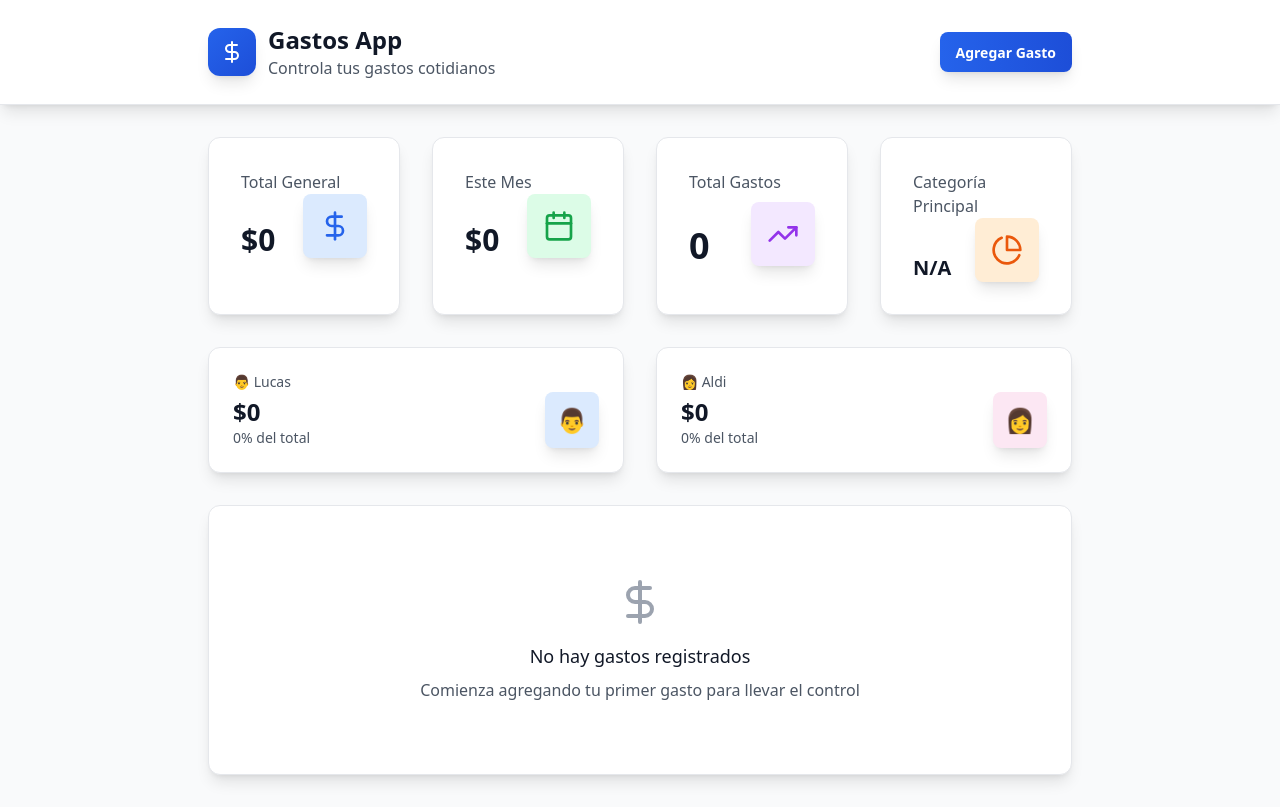
Repository: lucastenaglia/Gastosapp
Page: /
The author's editor kept a copy of each file at every save. The page is drawn from the files as they stood at one save, then again after the next save.
The browser window is 1280 px wide. The pictures show the whole page.
The page's requests for data from a server got no answer. The project was rebuilt for these pictures with package versions that can differ from the ones it lists, and the page was loaded fresh each time. No one was signed in, and anything a server would have sent is missing. Also part of the build but not shown: vite.config.js, src/components/ExpenseForm.jsx.

Above is the page before, as saved 2025-08-03 21:44:34.

### index.html
<!DOCTYPE html>
<html lang="es">
  <head>
    <meta charset="UTF-8" />
    <link rel="icon" type="image/svg+xml" href="data:[embedded picture, 125 characters]" />
    <meta name="viewport" content="width=device-width, initial-scale=1.0" />
    <title>Gastos App - Control de Gastos Cotidianos</title>
  </head>
  <body>
    <div id="root"></div>
    <script type="module" src="/src/main.jsx"></script>
  </body>
</html>

### src/App.jsx
import { useState, useEffect } from 'react'
import Header from './components/Header'
import ExpenseForm from './components/ExpenseForm'
import ExpenseList from './components/ExpenseList'
import ExpenseSummary from './components/ExpenseSummary'
import { getExpenses, addExpense, updateExpense, deleteExpense } from './services/expenseService'

function App() {
  const [expenses, setExpenses] = useState([])
  const [isFormOpen, setIsFormOpen] = useState(false)
  const [loading, setLoading] = useState(true)
  const [error, setError] = useState(null)

  // Cargar gastos al iniciar la aplicación
  useEffect(() => {
    loadExpenses()
  }, [])

  // Cerrar modal con Escape
  useEffect(() => {
    const handleEscape = (e) => {
      if (e.key === 'Escape' && isFormOpen) {
        setIsFormOpen(false)
      }
    }

    document.addEventListener('keydown', handleEscape)
    return () => document.removeEventListener('keydown', handleEscape)
  }, [isFormOpen])

  const loadExpenses = async () => {
    try {
      setLoading(true)
      const data = await getExpenses()
      setExpenses(data)
      setError(null)
    } catch (err) {
      setError('Error al cargar los gastos')
      console.error(err)
    } finally {
      setLoading(false)
    }
  }

  const handleAddExpense = async (expense) => {
    try {
      const newExpense = await addExpense(expense)
      setExpenses([newExpense, ...expenses])
      setIsFormOpen(false)
    } catch (err) {
      setError('Error al agregar el gasto')
      console.error(err)
    }
  }

  const handleDeleteExpense = async (id) => {
    try {
      await deleteExpense(id)
      setExpenses(expenses.filter(expense => expense.id !== id))
    } catch (err) {
      setError('Error al eliminar el gasto')
      console.error(err)
    }
  }

  const handleEditExpense = async (id, updatedExpense) => {
    try {
      const updated = await updateExpense(id, updatedExpense)
      setExpenses(expenses.map(expense =>
        expense.id === id ? updated : expense
      ))
    } catch (err) {
      setError('Error al actualizar el gasto')
      console.error(err)
    }
  }

  return (
    <div className="min-h-screen bg-gray-50">
      <Header onAddExpense={() => setIsFormOpen(true)} />

      <main className="container mx-auto px-4 py-8 max-w-4xl">
        {error && (
          <div className="bg-red-100 border border-red-400 text-red-700 px-4 py-3 rounded mb-6">
            {error}
          </div>
        )}

        <ExpenseSummary expenses={expenses} />

        <div className="mt-8">
          <ExpenseList
            expenses={expenses}
            onDelete={handleDeleteExpense}
            onEdit={handleEditExpense}
            loading={loading}
          />
        </div>
      </main>

      {/* Modal Overlay */}
      {isFormOpen && (
        <div
          className="fixed inset-0 bg-black bg-opacity-50 flex items-center justify-center z-50 p-4 animate-in fade-in duration-200"
          onClick={() => setIsFormOpen(false)}
        >
          <div
            className="bg-white rounded-xl shadow-2xl max-w-md w-full mx-4 max-h-[90vh] overflow-y-auto animate-in zoom-in-95 duration-200"
            onClick={(e) => e.stopPropagation()}
          >
            <ExpenseForm
              onSubmit={handleAddExpense}
              onCancel={() => setIsFormOpen(false)}
            />
          </div>
        </div>
      )}
    </div>
  )
}

export default App

### src/index.css
@tailwind base;
@tailwind components;
@tailwind utilities;

@layer base {
  body {
    @apply bg-gray-50 text-gray-900;
  }
}

@layer components {
                .btn-primary {
                @apply bg-primary-600 hover:bg-primary-700 text-white font-medium py-2 px-4 rounded-lg transition-all duration-300 shadow-md hover:shadow-lg hover:-translate-y-0.5 transform;
              }

              .btn-secondary {
                @apply bg-gray-200 hover:bg-gray-300 text-gray-800 font-medium py-2 px-4 rounded-lg transition-all duration-300 shadow-md hover:shadow-lg hover:-translate-y-0.5 transform;
              }

                .input-field {
                @apply w-full px-3 py-2 border border-gray-300 rounded-lg focus:outline-none focus:ring-2 focus:ring-primary-500 focus:border-transparent shadow-sm focus:shadow-md transition-all duration-300;
              }

                            .card {
                @apply bg-white rounded-xl shadow-lg border border-gray-200 p-6 transform transition-all duration-300 hover:shadow-2xl hover:-translate-y-1;
              }

              .modal-enter {
                @apply opacity-0 scale-95;
              }

              .modal-enter-active {
                @apply opacity-100 scale-100 transition-all duration-200 ease-out;
              }

              .modal-exit {
                @apply opacity-100 scale-100;
              }

              .modal-exit-active {
                @apply opacity-0 scale-95 transition-all duration-200 ease-in;
              }
}

### src/components/Header.jsx
import { Plus, DollarSign } from 'lucide-react'

const Header = ({ onAddExpense }) => {
  return (
    <header className="bg-white shadow-lg border-b border-gray-200">
      <div className="container mx-auto px-4 py-6 max-w-4xl">
        <div className="flex items-center justify-between">
          <div className="flex items-center space-x-3">
            <div className="bg-gradient-to-br from-primary-600 to-primary-700 p-3 rounded-xl shadow-lg">
              <DollarSign className="h-6 w-6 text-white" />
            </div>
            <div>
              <h1 className="text-2xl font-bold text-gray-900">Gastos App</h1>
              <p className="text-gray-600">Controla tus gastos cotidianos</p>
            </div>
          </div>

          <button
            onClick={onAddExpense}
            className="bg-gradient-to-r from-primary-600 to-primary-700 active:from-primary-800 active:to-primary-900 text-white font-semibold py-2 px-4 rounded-lg shadow-lg hover:shadow-xl active:shadow-md active:translate-y-0.5 transition-all duration-200 border-0 focus:outline-none focus:ring-2 focus:ring-primary-300"
          >
            <span className="text-sm">Agregar Gasto</span>
          </button>
        </div>
      </div>
    </header>
  )
}

export default Header

### src/components/ExpenseList.jsx
import { useState } from 'react'
import { Trash2, Edit, Calendar, DollarSign } from 'lucide-react'

const ExpenseList = ({ expenses, onDelete, onEdit, loading }) => {
  const [editingId, setEditingId] = useState(null)
  const [editForm, setEditForm] = useState({})

  const categoryIcons = {
    comida: '🍽️',
    super: '🛒',
    auto: '🚗',
    entretenimiento: '🎮',
    salud: '💊',
    ropa: '👕',
    hogar: '🏠',
    otros: '📦'
  }

  const categoryColors = {
    comida: 'bg-orange-100 text-orange-800',
    super: 'bg-red-100 text-red-800',
    auto: 'bg-blue-100 text-blue-800',
    entretenimiento: 'bg-purple-100 text-purple-800',
    salud: 'bg-green-100 text-green-800',
    ropa: 'bg-pink-100 text-pink-800',
    hogar: 'bg-yellow-100 text-yellow-800',
    otros: 'bg-gray-100 text-gray-800'
  }

  const handleEdit = (expense) => {
    setEditingId(expense.id)
    setEditForm({
      description: expense.description,
      amount: expense.amount.toString(),
      category: expense.category,
      person: expense.person || 'lucas',
      date: expense.date
    })
  }

  const handleSaveEdit = (id) => {
    onEdit(id, {
      ...editForm,
      amount: parseFloat(editForm.amount)
    })
    setEditingId(null)
    setEditForm({})
  }

  const handleCancelEdit = () => {
    setEditingId(null)
    setEditForm({})
  }

  const formatDate = (dateString) => {
    const date = new Date(dateString)
    return date.toLocaleDateString('es-ES', {
      year: 'numeric',
      month: 'short',
      day: 'numeric'
    })
  }

  if (loading) {
    return (
      <div className="card">
        <div className="text-center py-12">
          <div className="animate-spin rounded-full h-12 w-12 border-b-2 border-primary-600 mx-auto mb-4"></div>
          <h3 className="text-lg font-medium text-gray-900 mb-2">
            Cargando gastos...
          </h3>
          <p className="text-gray-600">
            Conectando con la base de datos
          </p>
        </div>
      </div>
    )
  }

  if (expenses.length === 0) {
    return (
      <div className="card">
        <div className="text-center py-12">
          <DollarSign className="h-12 w-12 text-gray-400 mx-auto mb-4" />
          <h3 className="text-lg font-medium text-gray-900 mb-2">
            No hay gastos registrados
          </h3>
          <p className="text-gray-600">
            Comienza agregando tu primer gasto para llevar el control
          </p>
        </div>
      </div>
    )
  }

  return (
    <div className="card">
      <h2 className="text-xl font-semibold text-gray-900 mb-6">
        Historial de Gastos
      </h2>

      <div className="space-y-3">
        {expenses.map(expense => (
          <div key={expense.id} className="border border-gray-200 rounded-lg p-3 sm:p-4 bg-white shadow-md hover:shadow-xl hover:-translate-y-1 transform transition-all duration-300">
            {editingId === expense.id ? (
              <div className="space-y-3">
                <input
                  type="text"
                  value={editForm.description}
                  onChange={(e) => setEditForm({...editForm, description: e.target.value})}
                  className="input-field"
                />
                <div className="grid grid-cols-1 sm:grid-cols-2 gap-3">
                  <input
                    type="number"
                    value={editForm.amount}
                    onChange={(e) => setEditForm({...editForm, amount: e.target.value})}
                    className="input-field"
                    step="1"
                    min="0"
                  />
                  <select
                    value={editForm.category}
                    onChange={(e) => setEditForm({...editForm, category: e.target.value})}
                    className="input-field"
                  >
                    <option value="comida">🍽️ Comida</option>
                    <option value="super">🛒 Super</option>
                    <option value="auto">🚗 Auto</option>
                    <option value="entretenimiento">🎮 Entretenimiento</option>
                    <option value="salud">💊 Salud</option>
                    <option value="ropa">👕 Ropa</option>
                    <option value="hogar">🏠 Hogar</option>
                    <option value="otros">📦 Otros</option>
                  </select>
                </div>
                <div className="grid grid-cols-1 sm:grid-cols-2 gap-3">
                  <select
                    value={editForm.person}
                    onChange={(e) => setEditForm({...editForm, person: e.target.value})}
                    className="input-field"
                  >
                    <option value="lucas">👨 Lucas</option>
                    <option value="aldi">👩 Aldi</option>
                  </select>
                  <input
                    type="date"
                    value={editForm.date}
                    onChange={(e) => setEditForm({...editForm, date: e.target.value})}
                    className="input-field"
                  />
                </div>
                <div className="flex space-x-2">
                  <button
                    onClick={() => handleSaveEdit(expense.id)}
                    className="btn-primary text-sm flex-1"
                  >
                    Guardar
                  </button>
                  <button
                    onClick={handleCancelEdit}
                    className="btn-secondary text-sm flex-1"
                  >
                    Cancelar
                  </button>
                </div>
              </div>
            ) : (
              <div className="space-y-3">
                {/* Header con icono, descripción y monto */}
                <div className="flex items-start justify-between">
                  <div className="flex items-center space-x-3 flex-1 min-w-0">
                    <div className={`p-2 rounded-lg flex-shrink-0 ${categoryColors[expense.category]}`}>
                      <span className="text-lg">{categoryIcons[expense.category]}</span>
                    </div>

                    <div className="flex-1 min-w-0">
                      <h3 className="font-medium text-gray-900 truncate">
                        {expense.description}
                      </h3>
                      <div className="flex items-center space-x-2 text-sm text-gray-600 mt-1">
                        <span className="flex items-center space-x-1">
                          <Calendar className="h-3 w-3" />
                          <span className="hidden sm:inline">{formatDate(expense.date)}</span>
                          <span className="sm:hidden">{new Date(expense.date).toLocaleDateString('es-ES', { day: '2-digit', month: '2-digit' })}</span>
                        </span>
                        <span className="hidden sm:inline">•</span>
                        <span className="capitalize text-xs sm:text-sm">{expense.category}</span>
                      </div>
                    </div>
                  </div>

                  <div className="flex items-center space-x-2 flex-shrink-0">
                    <span className="text-lg font-semibold text-gray-900">
                      ${expense.amount}
                    </span>

                    <div className="flex space-x-1">
                      <button
                        onClick={() => handleEdit(expense)}
                        className="p-1 text-gray-400 hover:text-blue-600 transition-colors"
                        title="Editar"
                      >
                        <Edit className="h-4 w-4" />
                      </button>
                      <button
                        onClick={() => onDelete(expense.id)}
                        className="p-1 text-gray-400 hover:text-red-600 transition-colors"
                        title="Eliminar"
                      >
                        <Trash2 className="h-4 w-4" />
                      </button>
                    </div>
                  </div>
                </div>

                {/* Información adicional en móvil */}
                <div className="sm:hidden flex items-center justify-between text-sm text-gray-600 border-t pt-2">
                  <span className="flex items-center space-x-1">
                    <span>{expense.person === 'lucas' ? '👨' : '👩'}</span>
                    <span className="capitalize">{expense.person || 'lucas'}</span>
                  </span>
                  <span className="text-xs">
                    {new Date(expense.date).toLocaleDateString('es-ES', { year: 'numeric' })}
                  </span>
                </div>
              </div>
            )}
          </div>
        ))}
      </div>
    </div>
  )
}

export default ExpenseList

### src/components/ExpenseSummary.jsx
import { TrendingUp, Calendar, DollarSign, PieChart } from 'lucide-react'

const ExpenseSummary = ({ expenses }) => {
  const totalExpenses = expenses.reduce((sum, expense) => sum + expense.amount, 0)

  const today = new Date()
  const thisMonth = today.getMonth()
  const thisYear = today.getFullYear()

  const monthlyExpenses = expenses.filter(expense => {
    const expenseDate = new Date(expense.date)
    return expenseDate.getMonth() === thisMonth && expenseDate.getFullYear() === thisYear
  })

  const monthlyTotal = monthlyExpenses.reduce((sum, expense) => sum + expense.amount, 0)

  const categoryTotals = expenses.reduce((acc, expense) => {
    acc[expense.category] = (acc[expense.category] || 0) + expense.amount
    return acc
  }, {})

  const topCategory = Object.entries(categoryTotals).sort(([,a], [,b]) => b - a)[0]

  // Estadísticas por persona
  const personTotals = expenses.reduce((acc, expense) => {
    const person = expense.person || 'lucas'
    acc[person] = (acc[person] || 0) + expense.amount
    return acc
  }, {})

  const lucasTotal = personTotals.lucas || 0
  const aldiTotal = personTotals.aldi || 0

  const formatCurrency = (amount) => {
    return `$${Math.round(amount).toLocaleString('en-US')}`
  }

  return (
    <div className="space-y-4 sm:space-y-8">
      {/* Primera fila - Estadísticas generales */}
      <div className="grid grid-cols-2 lg:grid-cols-4 gap-3 sm:gap-6 lg:gap-8">
                 {/* Total General */}
         <div className="card relative p-4 sm:p-6 lg:p-8">
           <div>
             <p className="text-xs sm:text-sm lg:text-base font-medium text-gray-600">Total General</p>
             <div className="flex items-end justify-between">
               <p className="text-lg sm:text-2xl lg:text-3xl font-bold text-gray-900">
                 {formatCurrency(totalExpenses)}
               </p>
               <div className="bg-blue-100 p-2 sm:p-3 lg:p-4 rounded-lg shadow-lg">
                 <DollarSign className="h-4 w-4 sm:h-6 sm:w-6 lg:h-8 lg:w-8 text-blue-600" />
               </div>
             </div>
           </div>
         </div>

                 {/* Gastos del Mes */}
         <div className="card relative p-4 sm:p-6 lg:p-8">
           <div>
             <p className="text-xs sm:text-sm lg:text-base font-medium text-gray-600">Este Mes</p>
             <div className="flex items-end justify-between">
               <p className="text-lg sm:text-2xl lg:text-3xl font-bold text-gray-900">
                 {formatCurrency(monthlyTotal)}
               </p>
               <div className="bg-green-100 p-2 sm:p-3 lg:p-4 rounded-lg shadow-lg">
                 <Calendar className="h-4 w-4 sm:h-6 sm:w-6 lg:h-8 lg:w-8 text-green-600" />
               </div>
             </div>
           </div>
         </div>

                 {/* Total de Gastos */}
         <div className="card relative p-4 sm:p-6 lg:p-8">
           <div>
             <p className="text-xs sm:text-sm lg:text-base font-medium text-gray-600">Total Gastos</p>
             <div className="flex items-end justify-between mt-2">
               <p className="text-2xl sm:text-3xl lg:text-4xl font-bold text-gray-900">
                 {expenses.length}
               </p>
               <div className="bg-purple-100 p-2 sm:p-3 lg:p-4 rounded-lg shadow-lg self-end">
                 <TrendingUp className="h-4 w-4 sm:h-6 sm:w-6 lg:h-8 lg:w-8 text-purple-600" />
               </div>
             </div>
           </div>
         </div>

                 {/* Categoría Principal */}
         <div className="card relative p-4 sm:p-6 lg:p-8">
           <div>
             <p className="text-xs sm:text-sm lg:text-base font-medium text-gray-600">Categoría Principal</p>
             <div className="flex items-end justify-between">
               <div>
                 <p className="text-base sm:text-lg lg:text-xl font-semibold text-gray-900 capitalize">
                   {topCategory ? topCategory[0] : 'N/A'}
                 </p>
                 {topCategory && (
                   <p className="text-xs sm:text-sm lg:text-base text-gray-600">
                     {formatCurrency(topCategory[1])}
                   </p>
                 )}
               </div>
               <div className="bg-orange-100 p-2 sm:p-3 lg:p-4 rounded-lg shadow-lg">
                 <PieChart className="h-4 w-4 sm:h-6 sm:w-6 lg:h-8 lg:w-8 text-orange-600" />
               </div>
             </div>
           </div>
         </div>
      </div>

             {/* Segunda fila - Estadísticas por persona */}
       <div className="grid grid-cols-1 sm:grid-cols-2 gap-3 sm:gap-6 lg:gap-8">
                 {/* Gastos de Lucas */}
         <div className="card relative p-4 sm:p-6">
           <div>
             <p className="text-xs sm:text-sm font-medium text-gray-600">👨 Lucas</p>
             <div className="flex items-end justify-between">
               <div>
                 <p className="text-lg sm:text-2xl font-bold text-gray-900">
                   {formatCurrency(lucasTotal)}
                 </p>
                 <p className="text-xs sm:text-sm text-gray-600">
                   {totalExpenses > 0 ? `${((lucasTotal / totalExpenses) * 100).toFixed(1)}%` : '0%'} del total
                 </p>
               </div>
               <div className="bg-blue-100 p-2 sm:p-3 rounded-lg shadow-lg">
                 <span className="text-lg sm:text-2xl">👨</span>
               </div>
             </div>
           </div>
         </div>

                 {/* Gastos de Aldi */}
         <div className="card relative p-4 sm:p-6">
           <div>
             <p className="text-xs sm:text-sm font-medium text-gray-600">👩 Aldi</p>
             <div className="flex items-end justify-between">
               <div>
                 <p className="text-lg sm:text-2xl font-bold text-gray-900">
                   {formatCurrency(aldiTotal)}
                 </p>
                 <p className="text-xs sm:text-sm text-gray-600">
                   {totalExpenses > 0 ? `${((aldiTotal / totalExpenses) * 100).toFixed(1)}%` : '0%'} del total
                 </p>
               </div>
               <div className="bg-pink-100 p-2 sm:p-3 rounded-lg shadow-lg">
                 <span className="text-lg sm:text-2xl">👩</span>
               </div>
             </div>
           </div>
         </div>
      </div>
    </div>
  )
}

export default ExpenseSummary

### tailwind.config.js
/** @type {import('tailwindcss').Config} */
export default {
  content: [
    "./index.html",
    "./src/**/*.{js,ts,jsx,tsx}",
  ],
  theme: {
    extend: {
      colors: {
        primary: {
          50: '#eff6ff',
          500: '#3b82f6',
          600: '#2563eb',
          700: '#1d4ed8',
        }
      }
    },
  },
  plugins: [],
}

Loaded but not shown: src/main.jsx (common file); src/services/expenseService.js (78 lines, source omitted); src/lib/supabase.js (7 lines, source omitted)

After the next save:
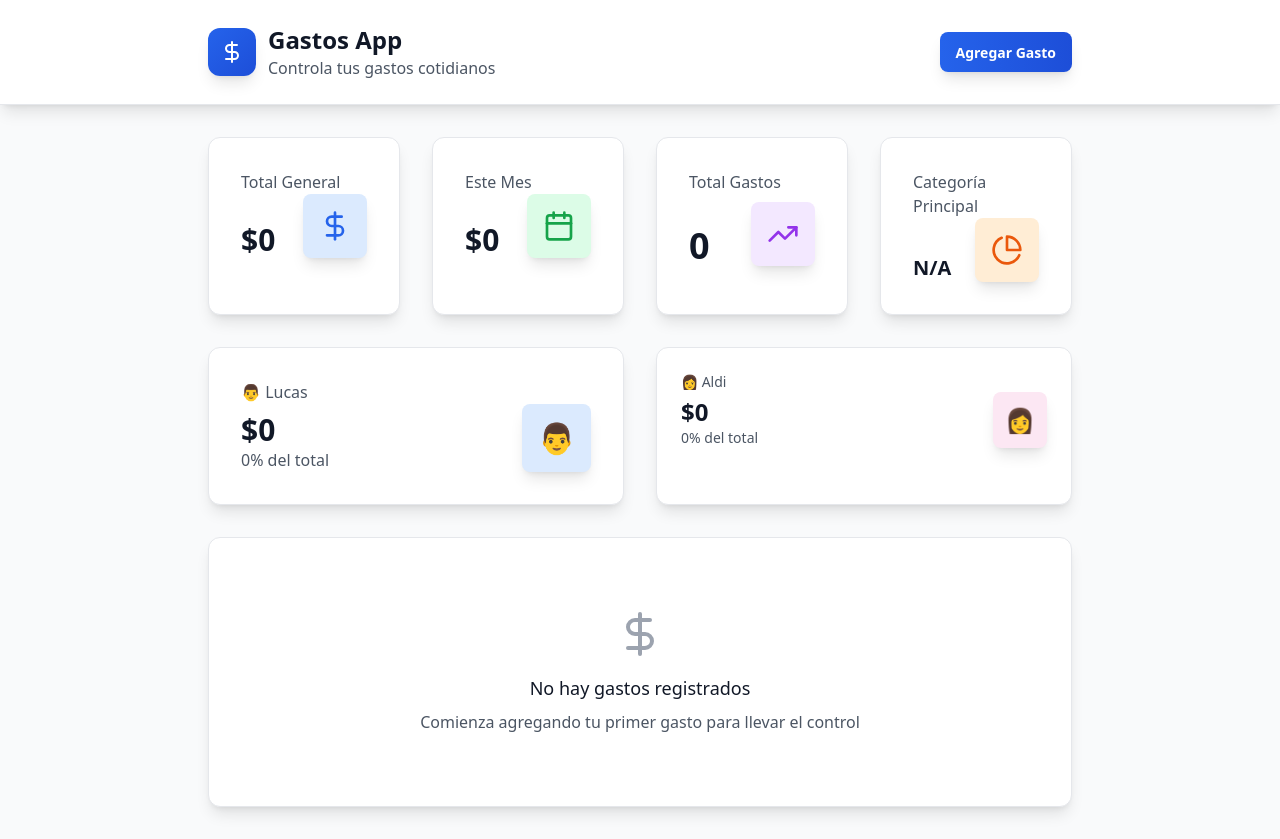
Saved 14 s later.
--- a/src/components/ExpenseSummary.jsx
+++ b/src/components/ExpenseSummary.jsx
@@ -110,20 +110,20 @@ const ExpenseSummary = ({ expenses }) => {
              {/* Segunda fila - Estadísticas por persona */}
        <div className="grid grid-cols-1 sm:grid-cols-2 gap-3 sm:gap-6 lg:gap-8">
                  {/* Gastos de Lucas */}
-         <div className="card relative p-4 sm:p-6">
+         <div className="card relative p-4 sm:p-6 lg:p-8">
            <div>
-             <p className="text-xs sm:text-sm font-medium text-gray-600">👨 Lucas</p>
+             <p className="text-xs sm:text-sm lg:text-base font-medium text-gray-600">👨 Lucas</p>
              <div className="flex items-end justify-between">
                <div>
-                 <p className="text-lg sm:text-2xl font-bold text-gray-900">
+                 <p className="text-lg sm:text-2xl lg:text-3xl font-bold text-gray-900">
                    {formatCurrency(lucasTotal)}
                  </p>
-                 <p className="text-xs sm:text-sm text-gray-600">
+                 <p className="text-xs sm:text-sm lg:text-base text-gray-600">
                    {totalExpenses > 0 ? `${((lucasTotal / totalExpenses) * 100).toFixed(1)}%` : '0%'} del total
                  </p>
                </div>
-               <div className="bg-blue-100 p-2 sm:p-3 rounded-lg shadow-lg">
-                 <span className="text-lg sm:text-2xl">👨</span>
+               <div className="bg-blue-100 p-2 sm:p-3 lg:p-4 rounded-lg shadow-lg">
+                 <span className="text-lg sm:text-2xl lg:text-3xl">👨</span>
                </div>
              </div>
            </div>
